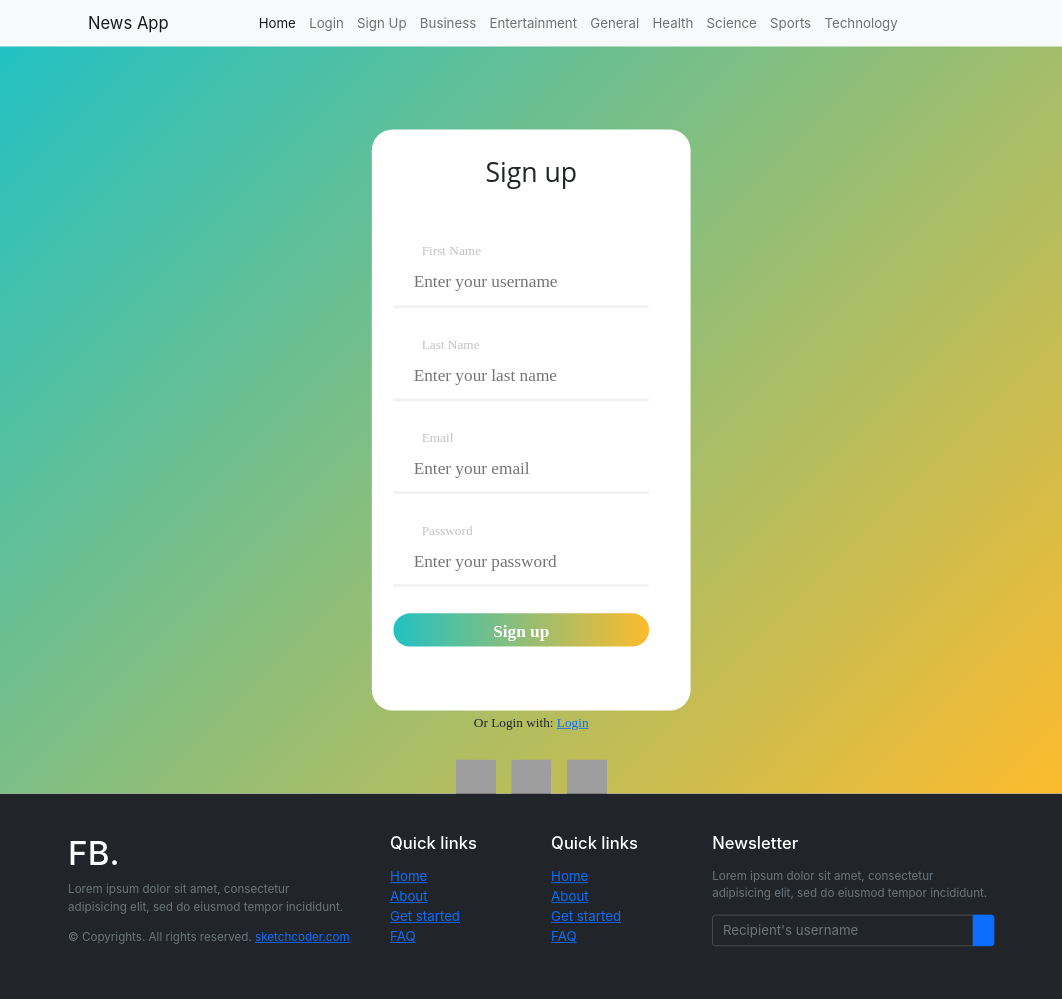
Repository: ZainAkbar51214/News-Site
Page: /sign-up
These files come from the project's save history. The page is drawn as it stood at one moment and after the next save; the edit follows.
The browser window is 1280 px wide. The pictures show the whole page, at 83% of full size.
Pictures or frames that could not be fetched are drawn as grey boxes. The project was rebuilt for these pictures with package versions that can differ from the ones it lists, and the page was loaded fresh each time. Also part of the build but not shown: src/Components/pages/Login.jsx, src/Components/Layouts/NewsItem.js, src/Components/Spinner.jsx, src/Components/Layouts/News.js.

Above is the page before, as saved 2023-12-18 04:00:40.

### public/index.html
<!DOCTYPE html>
<html lang="en">
  <head>
    <meta charset="utf-8" />
    <link rel="icon" href="%PUBLIC_URL%/favicon.ico" />
    <meta name="viewport" content="width=device-width, initial-scale=1" />
    <meta name="theme-color" content="#000000" />
    <meta
      name="description"
      content="Web site created using create-react-app"
    />
    <link rel="apple-touch-icon" href="%PUBLIC_URL%/logo192.png" />

    <link rel="manifest" href="%PUBLIC_URL%/manifest.json" />

    <title>News App</title>
    <!-- Bootstrap cdn -->
    <link href="https://cdn.jsdelivr.net/npm/bootstrap@5.0.2/dist/css/bootstrap.min.css" rel="stylesheet" integrity="sha384-EVSTQN3/azprG1Anm3QDgpJLIm9Nao0Yz1ztcQTwFspd3yD65VohhpuuCOmLASjC" crossorigin="anonymous">
  </head>
  <body>
    <noscript>You need to enable JavaScript to run this app.</noscript>
    <div id="root"></div>


    <!-- Bootstrap Script -->
    <script src="https://cdn.jsdelivr.net/npm/@popperjs/core@2.9.2/dist/umd/popper.min.js" integrity="sha384-IQsoLXl5PILFhosVNubq5LC7Qb9DXgDA9i+tQ8Zj3iwWAwPtgFTxbJ8NT4GN1R8p" crossorigin="anonymous"></script>
<script src="https://cdn.jsdelivr.net/npm/bootstrap@5.0.2/dist/js/bootstrap.min.js" integrity="sha384-cVKIPhGWiC2Al4u+LWgxfKTRIcfu0JTxR+EQDz/bgldoEyl4H0zUF0QKbrJ0EcQF" crossorigin="anonymous"></script>
  </body>
</html>

### src/App.js
import React from "react";
import {
  BrowserRouter as Router,
  Switch,
  Route
} from "react-router-dom";
import Navbar from './Components/Header/Navbar';
import Footer from './Components/Footer/Footer';
import Login from "./Components/pages/Login";
import SignUp from "./Components/pages/SignUp";
import News from "./Components/Layouts/News";

function App() {
  return (
    <Router>
      <Navbar />
        <Switch>
          <Route path="/" exact><News key="general" pageSize={5} country="in" category="general" /></Route>
          <Route path="/business" exact><News key="business" pageSize={5} country="in" category="business" /></Route>
          <Route path="/entertainment" exact><News key="entertainment" pageSize={5} country="in" category="entertainment" /></Route>
          <Route path="/health" exact><News key="health" pageSize={5} country="in" category="health" /></Route>
          <Route path="/science" exact><News key="science" pageSize={5} country="in" category="science" /></Route>
          <Route path="/sports" exact><News key="sports" pageSize={5} country="in" category="sports" /></Route>
          <Route path="/technology" exact><News key="technology" pageSize={5} country="in" category="technology" /></Route>
          <Route path="/login">
            <Login />
          </Route>
          <Route path="/sign-up">
            <SignUp />
          </Route>
        </Switch>
      <Footer />
  </Router>
  );
}

export default App;

### src/Components/Header/Navbar.jsx
import React, { Component } from 'react';
import { Link } from 'react-router-dom';

class Navbar extends Component {
    render() {
        return (
            <div>
                <div className="container-fluid bg-light">
                <div className="container">
                    <div className="row">
                        <div className="col-md-12">
                            <nav className="navbar navbar-expand-lg navbar-light">
                                <div className="container-fluid">
                                    <Link className="navbar-brand" to="/">News App</Link>
                                    <button className="navbar-toggler" type="button" data-bs-toggle="collapse" data-bs-target="#navbarSupportedContent" aria-controls="navbarSupportedContent" aria-expanded="false" aria-label="Toggle navigation">
                                        <span className="navbar-toggler-icon"></span>
                                    </button>
                                    <div className="collapse navbar-collapse" id="navbarSupportedContent">
                                        <ul className="navbar-nav mx-auto mb-2 mb-lg-0">
                                            <li className="nav-item">
                                                <Link className="nav-link active" aria-current="page" to="/">Home</Link>
                                            </li>
                                            <li className="nav-item">
                                                <Link className="nav-link" to="/login">Login</Link>
                                            </li>
                                            <li className="nav-item">
                                                <Link className="nav-link" to="/sign-up">Sign Up</Link>
                                            </li>
                                            <li className="nav-item">
                                                <Link className="nav-link" to="/business">Business</Link>
                                            </li>
                                            <li className="nav-item">
                                                <Link className="nav-link" to="/entertainment">Entertainment</Link>
                                            </li>
                                            <li className="nav-item">
                                                <Link className="nav-link" to="/">General</Link>
                                            </li>
                                            <li className="nav-item">
                                                <Link className="nav-link" to="/health">Health</Link>
                                            </li>
                                            <li className="nav-item">
                                                <Link className="nav-link" to="/science">Science</Link>
                                            </li>
                                            <li className="nav-item">
                                                <Link className="nav-link" to="/sports">Sports</Link>
                                            </li>
                                            <li className="nav-item">
                                                <Link className="nav-link" to="/technology">Technology</Link>
                                            </li>
                                        </ul>
                                    </div>
                                </div>
                            </nav>
                        </div>
                    </div>
                </div>
            </div>
            </div>
        );
    }
}

export default Navbar;

### src/Components/Footer/Footer.jsx
import React from "react";
import { Link } from "react-router-dom";
import '../Footer/Footer.css';

const Navbar = () => {
    return (
        <>
            <div className="d-flex flex-column h-100" style={{overflow: 'hidden'}}>
                {/* <!-- FOOTER --> */}
                <footer className="w-100 py-4 flex-shrink-0">
                    <div className="container py-4">
                        <div className="row gy-4 gx-5">
                            <div className="col-lg-4 col-md-6">
                                <h5 className="h1 text-white">FB.</h5>
                                <p className="small text-muted">Lorem ipsum dolor sit amet, consectetur adipisicing elit, sed do eiusmod tempor incididunt.</p>
                                <p className="small text-muted mb-0">&copy; Copyrights. All rights reserved. <Link className="text-primary" to="https://sketchcoder.com" target="_blank">sketchcoder.com</Link></p>
                            </div>
                            <div className="col-lg-2 col-md-6">
                                <h5 className="text-white mb-3">Quick links</h5>
                                <ul className="list-unstyled text-muted">
                                    <li><Link to="#">Home</Link></li>
                                    <li><Link to="#">About</Link></li>
                                    <li><Link to="#">Get started</Link></li>
                                    <li><Link to="#">FAQ</Link></li>
                                </ul>
                            </div>
                            <div className="col-lg-2 col-md-6">
                                <h5 className="text-white mb-3">Quick links</h5>
                                <ul className="list-unstyled text-muted">
                                    <li><Link to="#">Home</Link></li>
                                    <li><Link to="#">About</Link></li>
                                    <li><Link to="#">Get started</Link></li>
                                    <li><Link to="#">FAQ</Link></li>
                                </ul>
                            </div>
                            <div className="col-lg-4 col-md-6">
                                <h5 className="text-white mb-3">Newsletter</h5>
                                <p className="small text-muted">Lorem ipsum dolor sit amet, consectetur adipisicing elit, sed do eiusmod tempor incididunt.</p>
                                <form action="#">
                                    <div className="input-group mb-3">
                                        <input className="form-control" type="text" placeholder="Recipient's username" aria-label="Recipient's username" aria-describedby="button-addon2" />
                                        <button className="btn btn-primary" id="button-addon2" type="button"><i className="fas fa-paper-plane"></i></button>
                                    </div>
                                </form>
                            </div>
                        </div>
                    </div>
                </footer>
            </div>
        </>
    )
}

export default Navbar;

### src/Components/pages/SignUp.jsx
import React, { Component } from 'react';
import { Link } from 'react-router-dom';


class SignUp extends Component{
  render(){
    return(
      <div className='container-fluid bg-login'>
        <div id="loginform">
        <FormHeader title="Sign up" />
        <Form />
        <OtherMethods />
      </div>
      </div>
    )
  }
}

const FormHeader = props => (
    <h2 id="headerTitle">{props.title}</h2>
);


const Form = props => (
   <div>
     <FormInput description="First Name" placeholder="Enter your username" type="text" />
     <FormInput description="Last Name" placeholder="Enter your last name" type="text" />
     <FormInput description="Email" placeholder="Enter your email" type="email" />
     <FormInput description="Password" placeholder="Enter your password" type="password"/>
     <FormButton title="Sign up"/>
   </div>
);

const FormButton = props => (
  <div id="button" className="row row-lab">
    <button>{props.title}</button>
  </div>
);

const FormInput = props => (
  <div className="row row-lab">
    <label>{props.description}</label>
    <input type={props.type} placeholder={props.placeholder}/>
  </div>
);

const OtherMethods = props => (
  <div id="alternativeLogin">
     <label>Or Login with: <Link to="/login">Login</Link></label>
    <div id="iconGroup">
      <Facebook />
      <Twitter />
      <Google />
    </div>
  </div>
);

const Facebook = props => (
  <a href="#" id="facebookIcon"></a>
);

const Twitter = props => (
  <a href="#" id="twitterIcon"></a>
);

const Google = props => (
  <a href="#" id="googleIcon"></a>
);



export default SignUp;

### src/Components/Footer/Footer.css
/* ==========================================
    FOR DEMO PURPOSE
  ========================================== */

  .text-small {
    font-size: 0.9rem;
  }

  .form-control {
    background: #212529;
    border-color: #545454;
  }

  .form-control:focus {
    background: #212529;
  }

  footer {
    background: #212529;
  }

### src/App.css
.App {
  text-align: center;
}

.App-logo {
  height: 40vmin;
  pointer-events: none;
}

@media (prefers-reduced-motion: no-preference) {
  .App-logo {
    animation: App-logo-spin infinite 20s linear;
  }
}

.App-header {
  background-color: #282c34;
  min-height: 100vh;
  display: flex;
  flex-direction: column;
  align-items: center;
  justify-content: center;
  font-size: calc(10px + 2vmin);
  color: white;
}

.App-link {
  color: #61dafb;
}

@keyframes App-logo-spin {
  from {
    transform: rotate(0deg);
  }
  to {
    transform: rotate(360deg);
  }
}

/* Login Css */
.bg-login{
  background: rgb(34,193,195);
  background: linear-gradient(135deg, rgba(34,193,195,1) 0%,     rgba(253,187,45,1) 100%);
  font-family: "work sans";
  padding: 100px 0;
  display: flex;
  justify-content: center;
}
#loginform{
  max-width: 500px;
  min-width: 300px;
  max-height: 700px;
  width: 30%;
  height: 60%;
  background-color: #FFFFFF;
  border-radius: 25px;
}

#headerTitle{
  text-align: center;
  font-family: 'open sans', sans-serif;
  padding: 2rem 0;
  margin: 0;
  font-size: 2rem;
}

.row-lab{
  display: flex;
  flex-direction: column;
  align-items: center;
  padding-top: 2rem;
  max-width: 100%;

}

.row-lab input{
  width: 80%;
  box-sizing: border-box;
	border: none;
  font-size: 1.3rem;
  padding-left: 1.5rem;
  padding-bottom: 1rem;
  box-shadow: inset 0px -3px 0px 0px rgba(187,187,187,0.2);
  transition: box-shadow 0.2s ease-in;
}

.row-lab input:focus{
   box-shadow: inset 0px -3px 0px 0px rgba(34,193,195,0.7);
   outline: none;
}

.row-lab input::-webkit-input-placeholder{
  opacity: 1;
  transition: opacity 0.25s ease-out;
}

.row-lab input:hover::-webkit-input-placeholder,
.row-lab input:focus::-webkit-input-placeholder{
  opacity: 0;
}

.row-lab label{
  align-self: start;
  padding-left: 4.5rem;
  padding-bottom: 0.5rem;
  color: rgba(187,187,187,0.9);
}

.row-lab button{
  border-radius: 25px;
  width: 80%;
  height: 40px;
  font-size: 1.3rem;
  color: white;
  font-weight: 700;
  background: rgb(34,193,195);
  background: linear-gradient(90deg, rgba(34,193,195,1) 0%,     rgba(253,187,45,1) 100%);
  border: 0px;
  cursor: pointer;
  transition: opacity 0.25s ease-out;
}

.row-lab button:hover{
  opacity: 0.8;
}

#button{
  padding-bottom: 1.5rem;
}

#facebookIcon{
  background-image:      url("https://image.flaticon.com/icons/svg/145/145802.svg");
  background-repeat: no-repeat;
  width: 3rem;
  height: 3rem;
}

#twitterIcon{
  background-image: url("https://image.flaticon.com/icons/svg/145/145812.svg");
  background-repeat: no-repeat;
  width: 3rem;
  height: 3rem;
}

#googleIcon{
  background-image: url("https://image.flaticon.com/icons/svg/145/145804.svg");
  background-repeat: no-repeat;
  width: 3rem;
  height: 3rem;
}

#iconGroup{
  display: flex;
  justify-content: center;
  padding: 2rem 0;
}

#iconGroup a{
  margin: 0 0.6rem;
}

#alternativeLogin {
   text-align: center;
   padding-top: 2rem;
   margin-top: 1.5rem;
}

Loaded but not shown: src/index.js (common file); src/index.css (common file); src/reportWebVitals.js (common file)

After the next save:
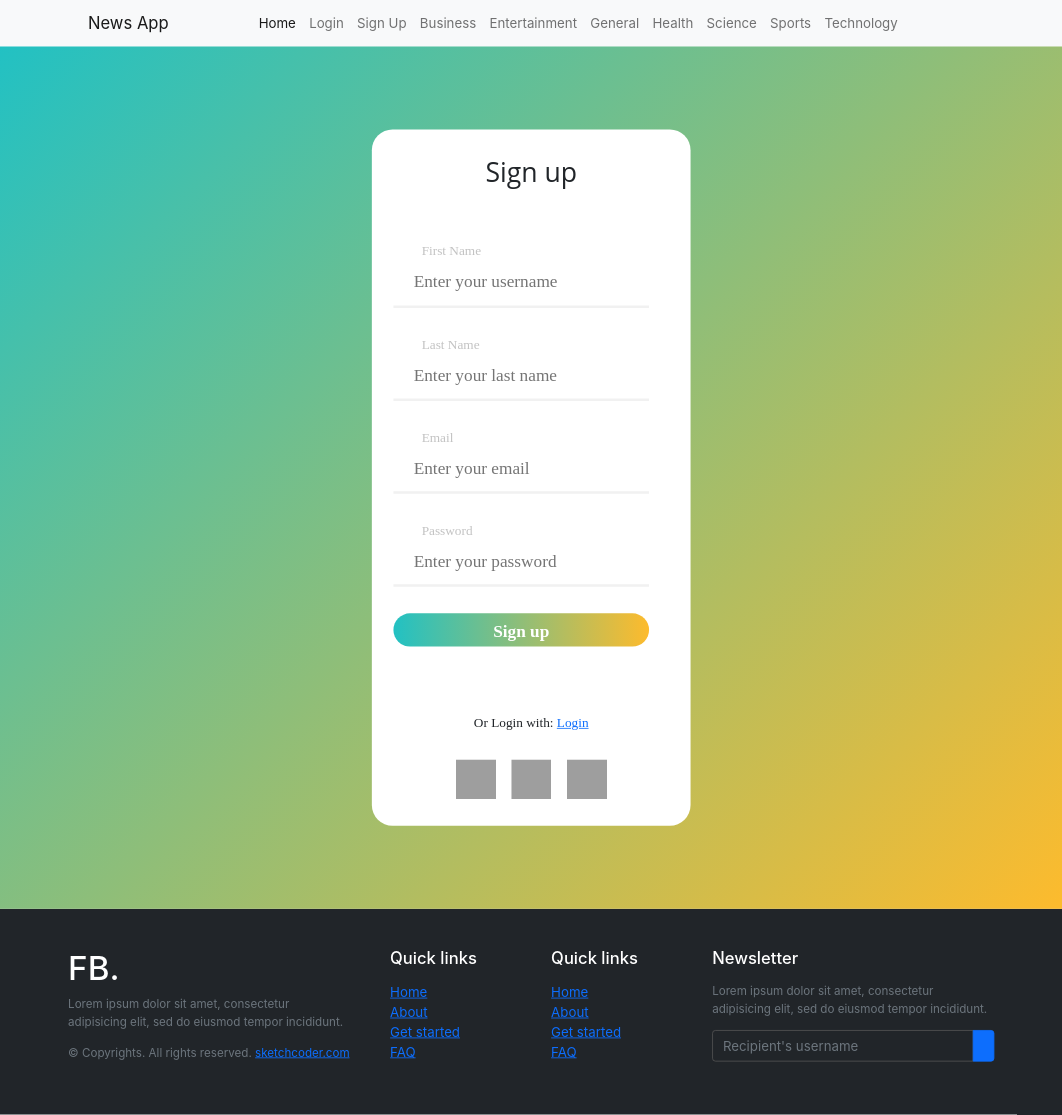
Saved 84 s later.
--- a/src/App.css
+++ b/src/App.css
@@ -49,9 +49,7 @@
 #loginform{
   max-width: 500px;
   min-width: 300px;
-  max-height: 700px;
   width: 30%;
-  height: 60%;
   background-color: #FFFFFF;
   border-radius: 25px;
 }
